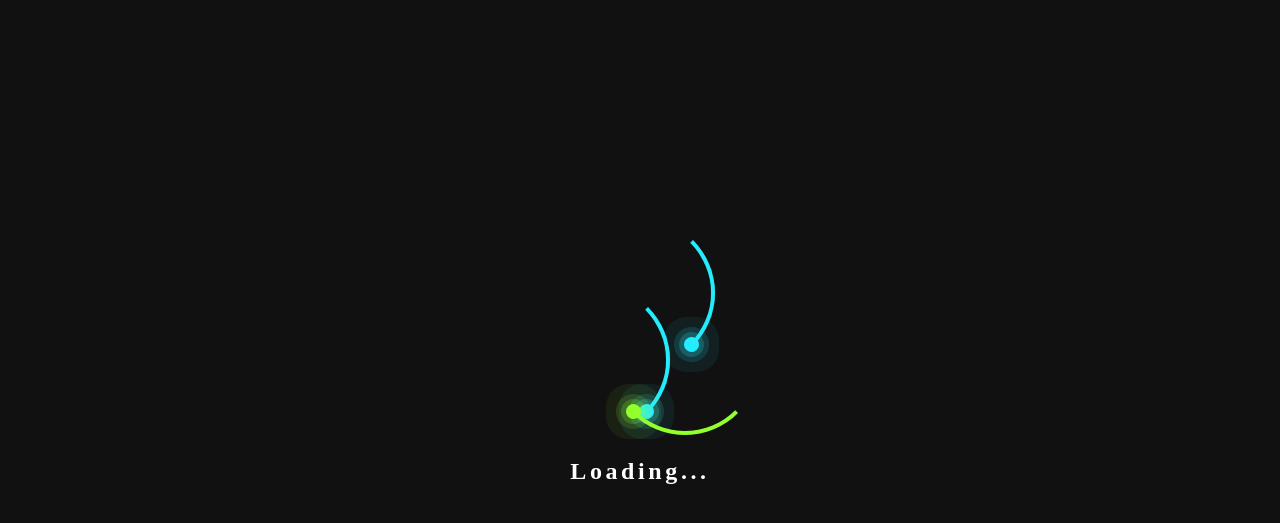
Repository: kiranjeetkaur01/csseffect.github.io
Page: index.html
The author's editor kept a copy of each file at every save. The page is drawn from the files as they stood at one save, then again after a run of saves.
The browser window is 1280 px wide. The pictures show the whole page.

Above is the page before, as saved 2023-09-08 12:53:10.

### index.html
<!DOCTYPE html>
<html lang="en">
<head>
    <meta charset="UTF-8">
    <meta name="viewport" content="width=device-width, initial-scale=1.0">
    <title>CSS Animation Effets</title>
    <link rel="stylesheet" href="style.css">
</head>
<body>
    <div class="container">
        <div class="ring">

        </div>
        <div class="ring">

        </div>
        <div class="ring">

        </div>
        <p>Loading...</p>
    </div>
</body>
</html>

### style.css
*{
    margin: 0;
    padding: 0;
    box-sizing: border-box;
}

body,html{
    display: flex;
    align-items: center;
    justify-content: center;
    min-height: 100vh;
    background: #111;
}
.container{
    position: relative;
    width: 100%;
    display: flex;
    align-items: center;
    justify-content: center;
}
.container .ring{
    position: relative;
    width: 150px;
    height: 150px;
    margin: -30px;
    border: 4px solid transparent;
    border-radius: 50%;
    border-top: 4px solid #24ecff;
    animation: animate 4s linear infinite;
}
@keyframes animate {
    0%{
        transform: rotate(0deg);
    }
    100%{
        transform: rotate(360deg);
    }
}
.container .ring::before{
    position: absolute;
    content: "";
    top: 12px;
    right: 12px;
    border-radius: 50%;
    width: 15px;
    height: 15px;
    background: #24ecff;
    box-shadow: 0 0 0 5px #24ecff33,
    0 0 0 10px #24ecff22,
    0 0 0 20px #24ecff11;
}
.container .ring:nth-child(3){
    position: absolute;
    top: -66.6px;

}
.container .ring:nth-child(2){
animation: animate2 4s linear infinite;
border-left: 4px solid #93ff2d;
border-top: 4px solid transparent ;
}
.container .ring:nth-child(2)::before{
    position: absolute;
    content: "";
    bottom: 12px;
    left: 12px;
    border-radius: 50%;
    width: 15px;
    height: 15px;
    background: #93ff2d;
    box-shadow: 0 0 0 5px #93ff2d33,
    0 0 0 10px #93ff2d22,
    0 0 0 20px #93ff2d11;
}

@keyframes animate2 {
    0%{
        transform: rotate(360deg);
    }
    100%{
        transform: rotate(0deg);
    }
}
.container .ring:nth-child(1){

}
.container p{
    position: absolute;
    color: #fff;
    font-size: 1.5em;
    font-family: gilroy;
    bottom: -80px;
    font-weight: 600;
    letter-spacing: 0.15em;


}

After the next 2 saves:
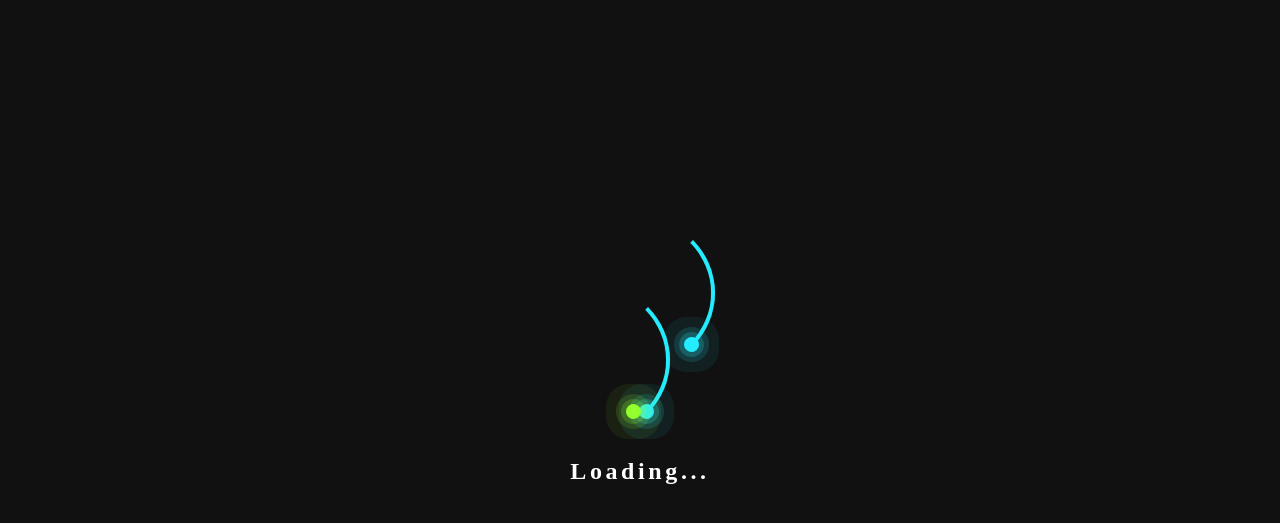
The 2 saves are shown as one change because they came seconds apart.
The last was saved 72 s later.
--- a/style.css
+++ b/style.css
@@ -56,6 +56,7 @@
 }
 .container .ring:nth-child(2){
 animation: animate2 4s linear infinite;
+anu
 border-left: 4px solid #93ff2d;
 border-top: 4px solid transparent ;
 }

After the 3 saves that followed:
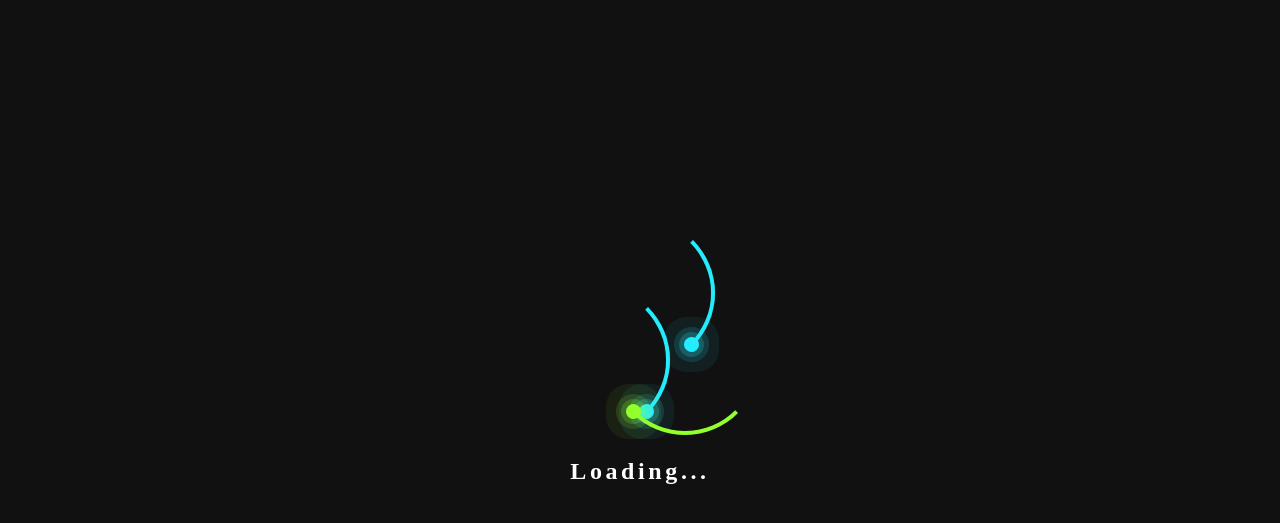
The 3 saves are shown as one change because they came seconds apart.
The last was saved 9 s later.
--- a/style.css
+++ b/style.css
@@ -56,7 +56,7 @@
 }
 .container .ring:nth-child(2){
 animation: animate2 4s linear infinite;
-anu
+animation-delay: ;
 border-left: 4px solid #93ff2d;
 border-top: 4px solid transparent ;
 }
